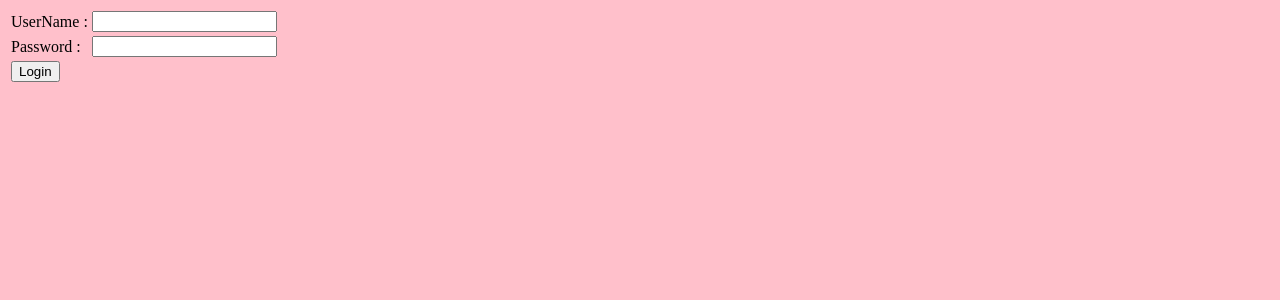
Repository: Vkrishna9135/JSP-2ND-TIME
Page: SERVLETS_FOLDER/Login_RegUser/src/main/webapp/Login.html
An editor plug-in stored every save of this project. The page is shown before and after the next save, followed by the edit.
The browser window is 1280 px wide. The pictures show the whole page.

Above is the page before, as saved 2023-04-12 16:09:42.

### SERVLETS_FOLDER/Login_RegUser/src/main/webapp/Login.html
<!DOCTYPE html>
<html>
<meta charset="UTF-8">
<body bgcolor='pink'>
<table>
<tr><td><label>UserName :</label></td>
<td><input type="text" name="unm"></td></tr>


<tr><td><label>Password :</label></td>
<td><input type="text" name="pw"></td></tr>


<tr><td><input type="submit" value="Login"></td></tr>





</table>
</body>
</html>

After the next save:
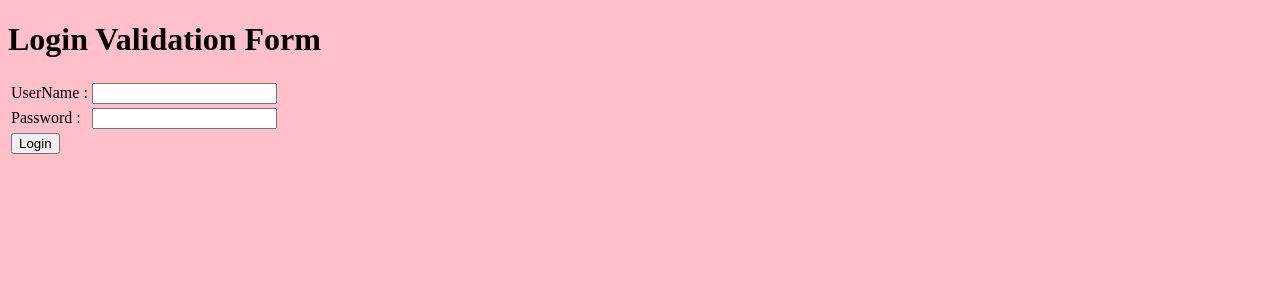
Saved 98 s later.
--- a/SERVLETS_FOLDER/Login_RegUser/src/main/webapp/Login.html
+++ b/SERVLETS_FOLDER/Login_RegUser/src/main/webapp/Login.html
@@ -2,6 +2,8 @@
 <html>
 <meta charset="UTF-8">
 <body bgcolor='pink'>
+
+<h1>Login Validation Form</h1>
 <table>
 <tr><td><label>UserName :</label></td>
 <td><input type="text" name="unm"></td></tr>
@@ -13,10 +15,6 @@
 
 <tr><td><input type="submit" value="Login"></td></tr>
 
-
-
-
-
 </table>
 </body>
 </html>
